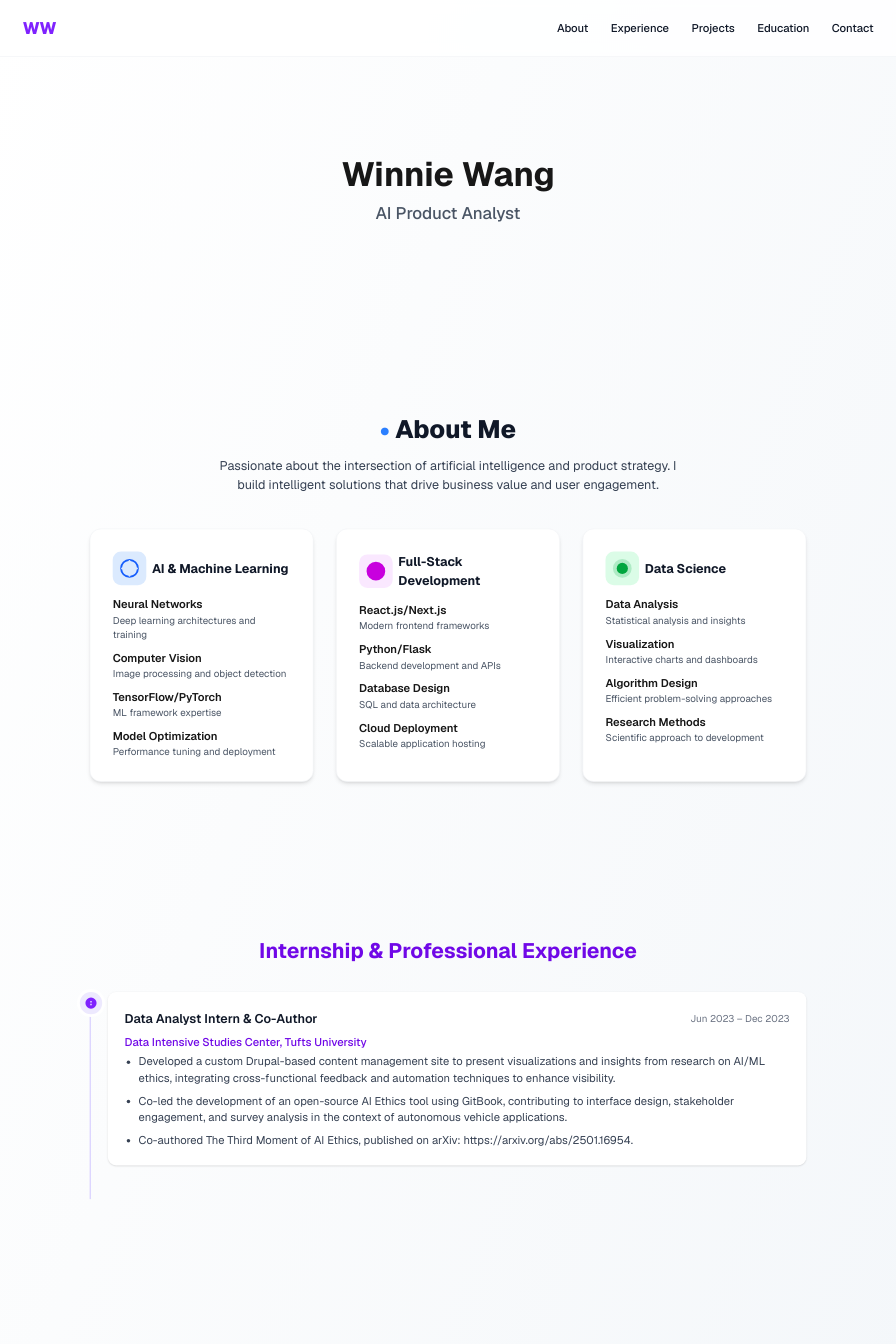
Repository: winniewyl/personal-portfolio
Page: /
The author's editor kept a copy of each file at every save. The page is drawn from the files as they stood at one save, then again after the next save.
The browser window is 1280 px wide. The pictures show the part of the page from y = 0 to 1920 px (the page is 3605 px tall), at 70% of full size.
The project was rebuilt for these pictures with package versions that can differ from the ones it lists, and the page was loaded fresh each time. The framework's server and built-in components were replaced by stand-ins that run in the browser. Also part of the build but not shown: next.config.ts.

Above is the page before, as saved 2025-07-29 14:08:49.

After the next save:
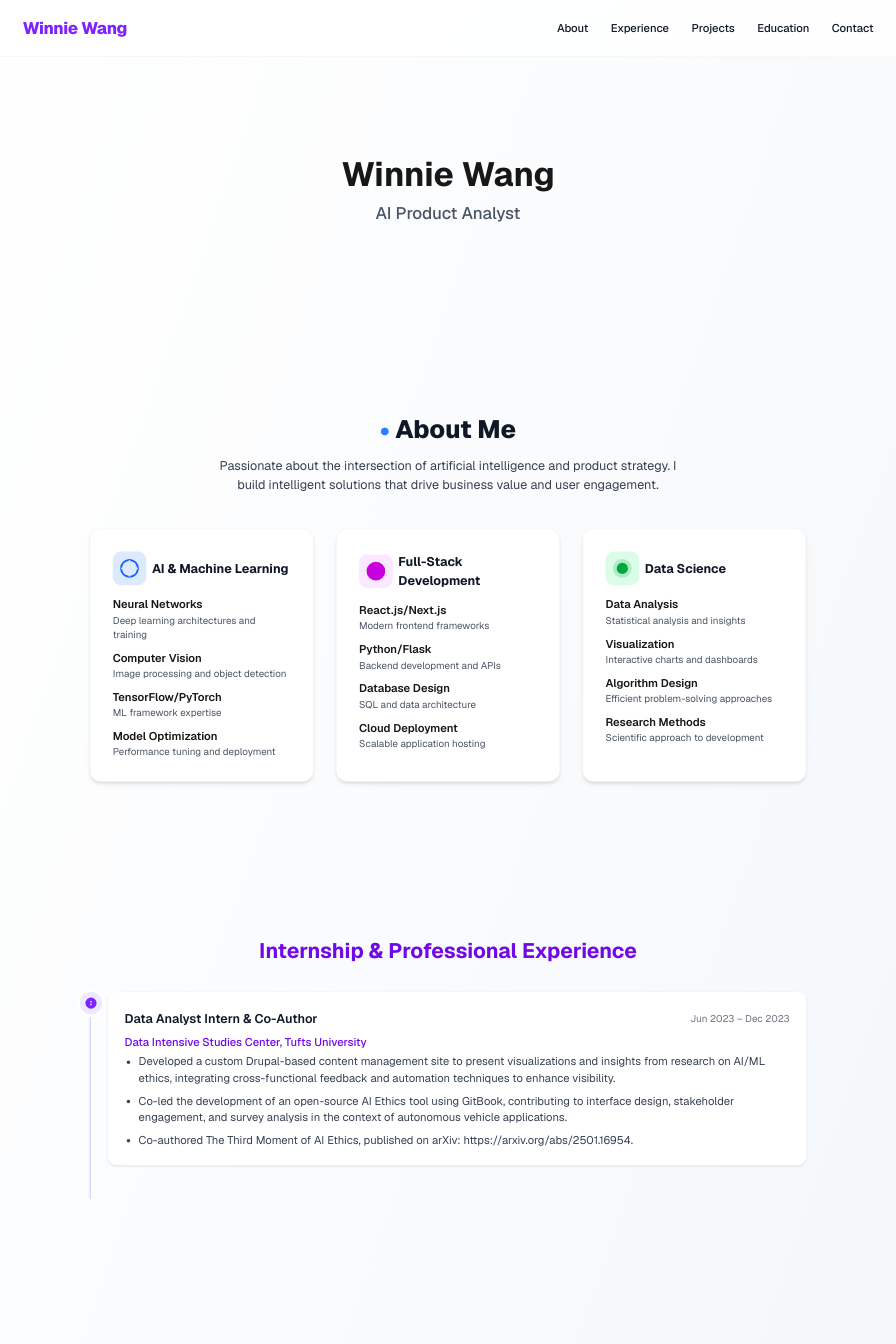
Saved 5 min 16 s later.
--- a/src/app/page.tsx
+++ b/src/app/page.tsx
@@ -54,7 +54,7 @@
       {/* Navbar */}
       <nav className="w-full flex items-center justify-between py-6 px-8 border-b border-gray-100 dark:border-gray-800 bg-white/80 dark:bg-[#101010]/80 backdrop-blur z-10 sticky top-0">
         <div className="text-2xl font-extrabold text-violet-600 tracking-tight">
-          WW
+          Winnie Wang
         </div>
         <ul className="flex gap-8 text-base font-medium text-gray-900 dark:text-white">
           <li>
